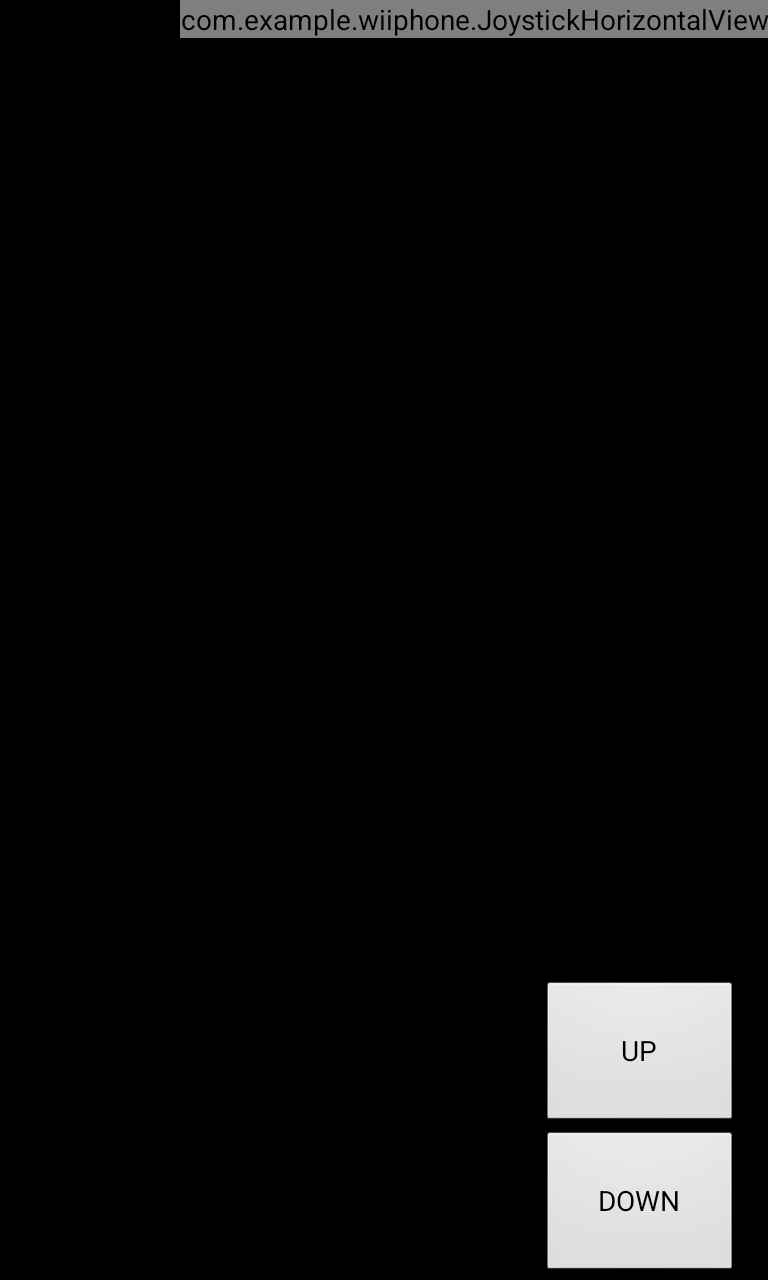
Repository: Malow/PhoneGame
Layout: Android/WiiPhone/res/layout/helicopter_main.xml
An editor plug-in stored every save of this project. The layout is shown before and after the next save, followed by the edit.
Pictures or frames that could not be fetched are drawn as grey boxes. It is drawn on a 768 x 1280 px phone screen (xhdpi) without system bars, with theme android:Theme.NoTitleBar.Fullscreen; the app's code is not run.

Above is the layout before, as saved 2013-04-22 14:16:45.

### Android/WiiPhone/res/layout/helicopter_main.xml
<?xml version="1.0" encoding="utf-8"?>
<RelativeLayout xmlns:android="http://schemas.android.com/apk/res/android"
    android:layout_width="fill_parent"
    android:layout_height="fill_parent"
    android:orientation="horizontal" >

    <com.example.wiiphone.HelicopterView
        android:id="@+id/helicopterview"
        android:layout_width="wrap_content"
        android:layout_height="wrap_content"
        android:layout_alignParentRight="true" />

    <com.example.wiiphone.JoystickHorizontalView
        android:id="@+id/joyview"
        android:layout_width="wrap_content"
        android:layout_height="wrap_content"
        android:layout_alignParentRight="true" />

    <Button
        android:id="@+id/button1"
        android:layout_width="wrap_content"
        android:layout_height="wrap_content"
        android:layout_alignParentBottom="true"
        android:layout_alignParentRight="true"
        android:layout_marginRight="14dp"
        android:height="75dp"
        android:text="@string/button_down"
        android:width="100dp" />

    <Button
        android:id="@+id/button2"
        android:layout_width="wrap_content"
        android:layout_height="wrap_content"
        android:layout_above="@+id/button1"
        android:layout_alignLeft="@+id/button1"
        android:height="75dp"
        android:text="@string/button_up"
        android:width="100dp" />

</RelativeLayout>

### Android/WiiPhone/res/values/strings.xml
<?xml version="1.0" encoding="utf-8"?>
<resources>

    <string name="app_name">WiiPhone</string>
    <string name="action_settings">Settings</string>
    <string name="hello_world">Hello world!</string>
    <string name="start_button_text">this button starts the program</string>
    <string name="choose_game_button_1">Star Chaser</string>
	<string name="choose_game_button_2">Labyrinth</string>
	<string name="choose_game_button_3">Game 3</string>
	<string name="button_up">UP</string>
	<string name="button_down">DOWN</string>
</resources>

After the next save:
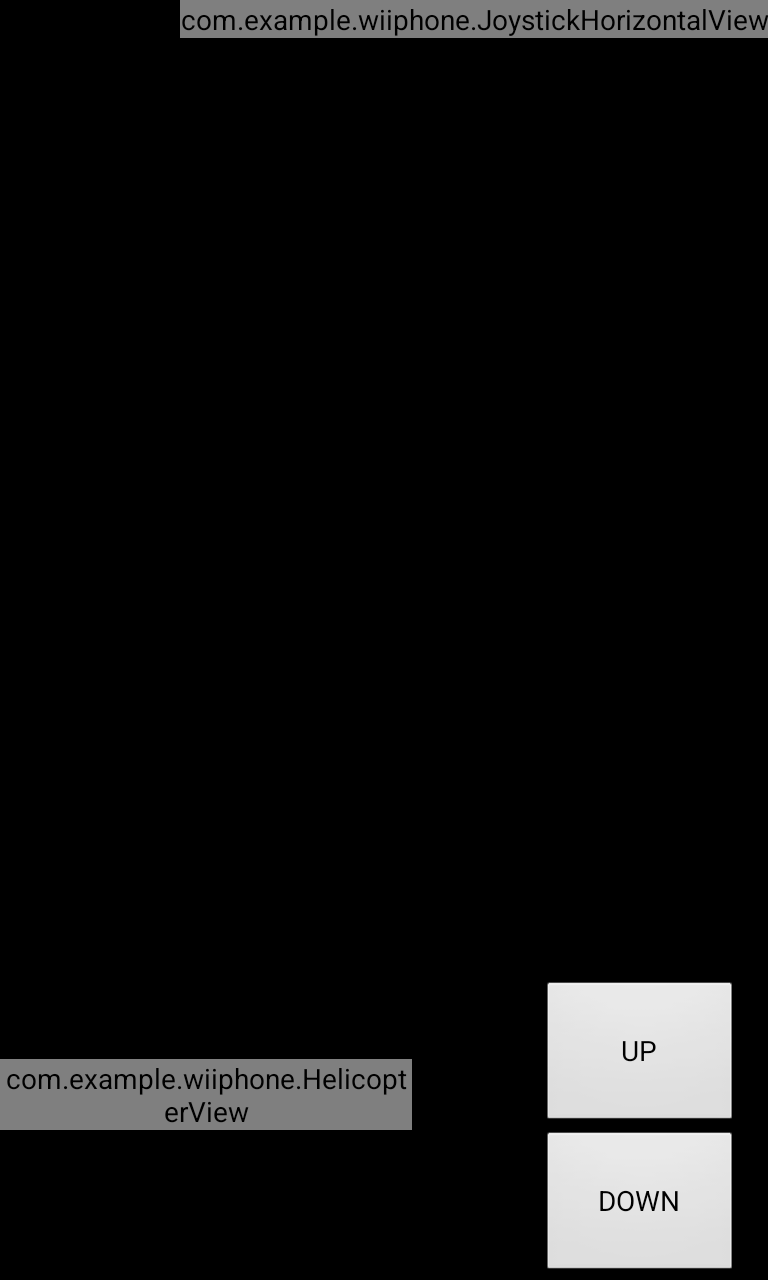
Saved 13 s later.
--- a/Android/WiiPhone/res/layout/helicopter_main.xml
+++ b/Android/WiiPhone/res/layout/helicopter_main.xml
@@ -3,12 +3,6 @@
     android:layout_width="fill_parent"
     android:layout_height="fill_parent"
     android:orientation="horizontal" >
-
-    <com.example.wiiphone.HelicopterView
-        android:id="@+id/helicopterview"
-        android:layout_width="wrap_content"
-        android:layout_height="wrap_content"
-        android:layout_alignParentRight="true" />
 
     <com.example.wiiphone.JoystickHorizontalView
         android:id="@+id/joyview"
@@ -37,4 +31,12 @@
         android:text="@string/button_up"
         android:width="100dp" />
 
+    <com.example.wiiphone.HelicopterView
+        android:id="@+id/helicopterview"
+        android:layout_width="wrap_content"
+        android:layout_height="wrap_content"
+        android:layout_alignBottom="@+id/button2"
+        android:layout_marginRight="64dp"
+        android:layout_toLeftOf="@+id/button2" />
+
 </RelativeLayout>
